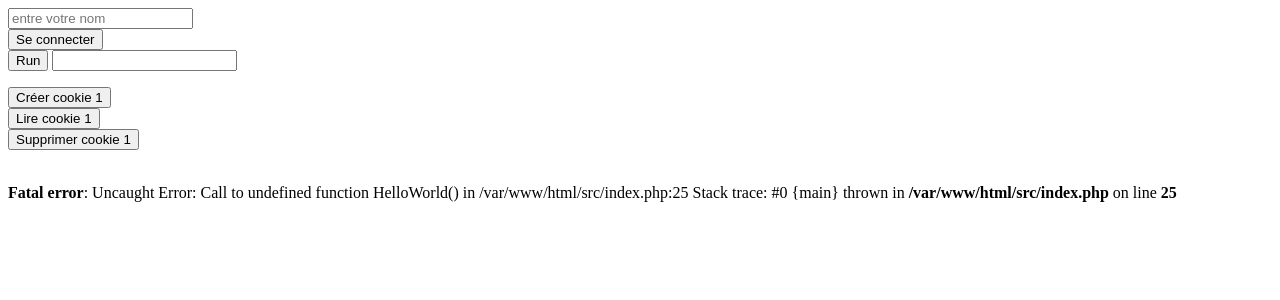
Repository: SarahG4000/workshop-cookies
Page: http://localhost/index.php
These files come from the project's save history. The page is drawn as it stood at one moment and after the next save; the edit follows.
The browser window is 1280 px wide. The pictures show the whole page.
The page is run by PHP 8.4 with error messages shown; the project is at /var/www/html/.

Above is the page before, as saved 2020-09-02 11:33:43.

After the next save:
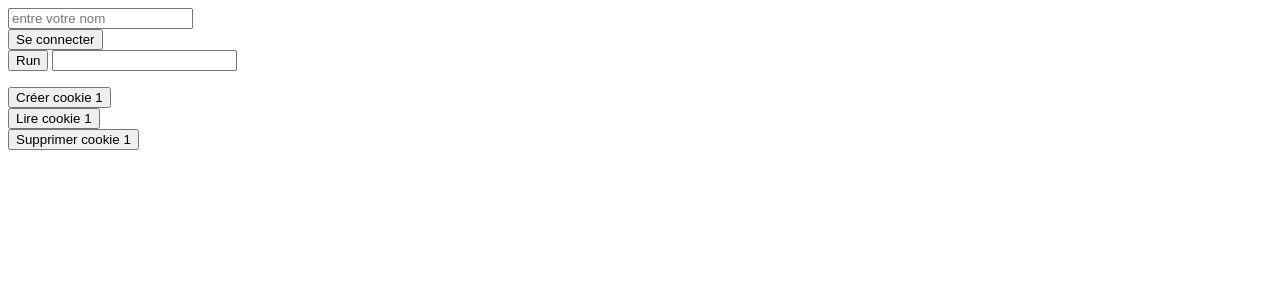
Saved 37 s later.
--- a/src/index.php
+++ b/src/index.php
@@ -22,7 +22,9 @@ include './php/cookies.php'; ?>
         </p>
 
 
-        <?php HelloWorld(); ?>
+        <!-- <?php
+//HelloWorld();
+?> -->
     </div>
     <script src="./javasscript/cookies.js"></script>
 
